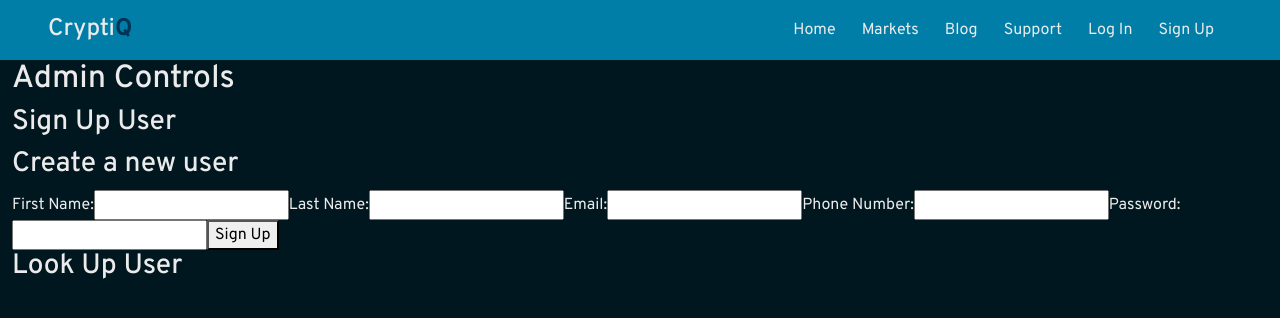
Repository: griffin1995/cryptocurrencyPlatform
Page: / (app in client/)
These files come from the project's save history. The page is drawn as it stood at one moment and after the next save; the edit follows.
The browser window is 1280 px wide. The pictures show the whole page.
The project was rebuilt for these pictures with package versions that can differ from the ones it lists, and the page was loaded fresh each time. Also part of the build but not shown: client/src/components/CoinDetails.js, client/src/components/UserDetails.js, client/src/pages/Blog.scss, client/src/pages/Blog.js, client/src/hooks/useSignUp.js, client/src/pages/SignUpUnstyled.js, client/src/hooks/useLogin.js, client/src/pages/SignUpLogIn.scss and 12 more.

Above is the page before, as saved 2024-04-07 15:18:00.

### client/src/index.scss
@import url("https://fonts.googleapis.com/css2?family=Overpass:ital,wght@0,100..900;1,100..900&display=swap");

html{
  background-color: #00171f;
}

* {
  font-family: "Overpass", sans-serif;
  font-optical-sizing: auto;
  font-weight: normal;
  font-style: normal;
}

code {
  font-family: source-code-pro, Menlo, Monaco, Consolas, "Courier New",
    monospace;
}

hr {
  margin-top: 0.2rem !important;
  margin-bottom: 1rem !important;
  border: none !important;
  height: 4px; /* Adjust height as needed */
  background-color: #00a7e1 !important;
  &.active {
    background-color: #FFFFFF !important; /* Change color to your desired color */
  }
}

.link-unstyled, .link-unstyled:link {
  color: inherit;
  text-decoration: inherit;
  :hover{
    color:#00a7e1;
    transition: all 0.5s ease;
  }
}

/* width */
::-webkit-scrollbar {
  width: 10px;
}

/* Track */
::-webkit-scrollbar-track {
  background: #f1f1f1;
}

/* Handle */
::-webkit-scrollbar-thumb {
  background: #007ea7;
}

/* Handle on hover */
::-webkit-scrollbar-thumb:hover {
  background: #007ea7;
}

### client/src/reactCustom.scss
//Custom React SASS styling sheet for defining colours, importing Bootstrap SASS, styling React-Bootstrap Components
$primary: #003459;
$secondary: #007ea7;
$success: #00a7e1;
$dark: #00171f;
$light: #ebebeb;
$white: #ebebeb;

@import "~bootstrap/scss/bootstrap.scss";

### client/src/context/AuthenticationContext.js
// Import necessary hooks from React
import { createContext, useReducer, useEffect } from "react";

// Create a context for authentication data
export const AuthenticationContext = createContext();

// Reducer function for handling authentication actions
export const authenticationReducer = (state, action) => {
  switch (action.type) {
    case "LOGIN": // Case to handle user login
      return { user: action.payload }; // Set the user data when logged in
    case "LOGOUT": // Case to handle user logout
      return { user: null }; // Clear the user data when logged out
    default: // Default case to handle other actions
      return state; // Return the current state if no action is matched
  }
};

// Component to provide authentication context to child components
export const AuthenticationContextProvider = ({ children }) => {
  // Use the useReducer hook to manage state with the authenticationReducer
  const [state, dispatch] = useReducer(authenticationReducer, { user: null });
  //empty array cus we only check once, when load
  useEffect(() => {
    //stored as json string so we parse in to object
    const user = JSON.parse(localStorage.getItem("user"));

    if (user) {
      dispatch({ type: "LOGIN", payload: user });
    }
  }, []);

  // Log the current state for debugging purposes (consider removing in production)
  console.log("AuthenticationContext state: ", state);

  return (
    <AuthenticationContext.Provider value={{ ...state, dispatch }}>
      {children}
    </AuthenticationContext.Provider>
  );
};

### client/src/components/NavigationBar.js
//Navbar component for the application.
//Provides a top-level navigation element, allowing users to navigate through the app without full page reloads.
import { Row, Container, Navbar, Nav, Button } from "react-bootstrap";
import { Link } from "react-router-dom";
import "./NavigationBar.scss";
import { useAuthenticationContext } from "../hooks/useAuthenticationContext";
import { useLogout } from "../hooks/useLogout";

export default function NavigationBar() {
  const { user } = useAuthenticationContext();
  const { logout } = useLogout();
  const handleClick = () => {
    logout();
  };
  return (
    <Row>
      <Navbar expand="lg" className="navbar-dark bg-secondary">
        <Container fluid className="px-5">
          <Navbar.Brand as={Link} to="/">
            <span className="h4">
              Crypti<span className="text-primary fw-bold">Q</span>
            </span>
          </Navbar.Brand>
          <Navbar.Toggle aria-controls="basic-navbar-nav" />
          <Navbar.Collapse id="basic-navbar-nav">
            <Nav className="justify-content-end flex-grow-1">
              {/* Display the user's email if logged in */}
              {user && (
                <>
                  <Nav.Link disabled className="text-light">
                    {user.email}
                  </Nav.Link>
                  <Nav.Link>
                    Account
                  </Nav.Link>
                  <Nav.Link>
                    Wallets
                  </Nav.Link>
                </>
              )}
              <Nav.Link as={Link} to="/">
                Home
              </Nav.Link>
              <Nav.Link as={Link} to="/Markets">
                Markets
              </Nav.Link>
              <Nav.Link as={Link} to="/Blog">
                Blog
              </Nav.Link>
              <Nav.Link as={Link} to="/Support">
                Support
              </Nav.Link>
              {/* Show sign up and login links only if user is not logged in */}
              {!user && (
                <>
                  <Nav.Link as={Link} to="/login">
                    Log In
                  </Nav.Link>
                  <Nav.Link as={Link} to="/signup" className="sign-up-btn">
                    Sign Up
                  </Nav.Link>
                </>
              )}
              {/* Logout button visible only if user is logged in */}
              {user && (
                <Button type="submit" onClick={handleClick}>
                  Log Out
                </Button>
              )}
            </Nav>
          </Navbar.Collapse>
        </Container>
      </Navbar>
    </Row>
  );
}

### client/src/context/AdminContext.js
import { createContext, useReducer } from "react";

// Create a context for managing admin-related data across the application
export const AdminContext = createContext();

/**
 * Reducer function for managing state transitions in the AdminContext based on dispatched actions.
 *
 * This reducer handles actions related to user management, such as setting all users or creating a new user.
 *
 * @param {Object} state The current state of the context.
 * @param {Object} action The action to be handled, containing a type and optional payload.
 * @returns {Object} The new state of the context after applying the action.
 */
export const usersReducer = (state, action) => {
  switch (action.type) {
    case "SET_USERS":
      // Sets the users array to the payload provided with the action
      return { users: action.payload };

    case "CREATE_USER":
      // Adds a new user to the beginning of the users array
      return { users: [action.payload, ...state.users] };
    case "DELETE_USER":
      return { users: state.users.filter((w) => w._id !== action.payload._id) };
    default:
      // Returns the current state unchanged if action type is unrecognized
      return state;
  }
};

/**
 * Component that provides the AdminContext to its child components.
 *
 * This component sets up the AdminContext with an initial state and provides a dispatch function
 * for updating the state according to actions defined in the usersReducer. It ensures that any component
 * within its child tree can access and modify the state of the AdminContext.
 *
 * @param {Object} props The props object, expecting a 'children' prop that contains the child components.
 * @returns {JSX.Element} A Provider component that supplies the AdminContext to its children.
 */
export const AdminContextProvider = ({ children }) => {
  // Initialize the state of the context using the useReducer hook with the usersReducer function
  const [state, dispatch] = useReducer(usersReducer, { users: null });

  // The context value includes the current state and the dispatch function for updating the state
  return (
    <AdminContext.Provider value={{ ...state, dispatch }}>
      {children}
    </AdminContext.Provider>
  );
};

### client/src/components/AdminControls.js
// Import React and its hooks to build the component functionality.
import React, { useEffect } from "react";
// Import components related to user actions within the admin panel.
import SignUpUser from "./SignUpUser";
import UserDetails from "./UserDetails";
import { useAdminContext } from "../hooks/useAdminContext";
import { useAuthenticationContext } from "../hooks/useAuthenticationContext";
/**
 * AdminControls component for managing user-related administrative functions.
 * This component handles user registration and displays a list of users.
 */
const AdminControls = () => {
  const { users, dispatch } = useAdminContext();
  const { user } = useAuthenticationContext();
  useEffect(() => {
    /**
     * Fetches and updates the state with user data from the server.
     * It asynchronously retrieves user data from the `/api/adminRoutes` endpoint and updates the `users` state.
     */
    const fetchUsers = async () => {
      const response = await fetch("/api/adminRoutes", {
        headers: { Authorization: `Bearer ${user.token}` },
      });
      const json = await response.json();
      if (response.ok) {
        //executes the usersReducer function
        dispatch({ type: "SET_USERS", payload: json });
      }
    };
    if (user) {
      fetchUsers(); // Execute the fetch operation when the component mounts.
    }
  }, [dispatch, user]);

  return (
    <div className="admin-controls">
      <h2>Admin Controls</h2>
      <h3>Sign Up User</h3>
      <SignUpUser /> {/* Component for registering new users. */}
      <h3>Look Up User</h3>
      <div className="allUsers">
        {/* Render UserDetails components for each user if the `users` state is not null. */}
        {users &&
          users.map((user) => <UserDetails key={user._id} user={user} />)}
      </div>
    </div>
  );
};

export default AdminControls; // Make AdminControls available for import in other components.

### client/src/components/NavigationBar.scss
.navbar {
  padding: 10px 0;
}

.navbar-brand img {
  height: auto;
  max-height: 40px;
}

.nav-link {
  margin-right: 10px;
  color: #ebebeb;
}

### client/src/hooks/useAuthenticationContext.js
// Import useContext hook from React for consuming context in functional components
import { useContext } from "react";
// Import AuthenticationContext to access the admin-related context for the application
import { AuthenticationContext } from "../context/AuthenticationContext";
/**
 * Custom hook to access the AuthenticationContext within the component tree.
 *
 * This hook abstracts the useContext hook for AuthenticationContext, providing a convenient way
 * to access admin-related data (state and dispatch function) throughout the application.
 * It ensures the component using this hook is wrapped in an AuthenticationContextProvider by checking
 * the existence of the context and throwing an error if it's not available, promoting proper usage.
 *
 * @returns {Object} The current context value for AuthenticationContext, which includes the state and dispatch function.
 * @throws {Error} Throws an error if the hook is used outside of an AuthenticationContextProvider.
 */
export const useAuthenticationContext = () => {
  // Use the useContext hook to access the current context value for AuthenticationContext
  const context = useContext(AuthenticationContext);

  // Check if the context is undefined, indicating misuse outside of an AuthenticationContextProvider
  if (!context) {
    throw Error("useAuthenticationContext must be used within an AuthenticationContextProvider. Ensure your component is wrapped in an <AuthenticationContextProvider> to provide the necessary context.");
  }

  // Return the context value, making it accessible to the component
  return context;
};

### client/src/hooks/useLogout.js
// Import the useAuthenticationContext hook for accessing authentication state management.
import { useAuthenticationContext } from "./useAuthenticationContext";

/**
 * Custom hook for handling user logout.
 * Provides a logout function that can be used by components to log users out.
 * @returns {object} Object containing the logout function.
 */
export const useLogout = () => {
  // Extract dispatch from the authentication context.
  const { dispatch } = useAuthenticationContext();

  /**
   * Logs out the user by clearing session data and updating state.
   */
  const logout = () => {
    // Remove user data from local storage to clear the current session.
    localStorage.removeItem("user");

    // Dispatch the 'LOGOUT' action to update the global authentication state.
    dispatch({ type: "LOGOUT" });
  };

  // Return the logout function for use in components.
  return { logout };
};

### client/src/components/SignUpUser.js
// Import the useState hook from React to manage the state within our component.
// This will allow us to keep track of user inputs and feedback messages.
import { useState } from "react";
// Import our custom hook, useAdminContext, to interact with our global admin state.
// This lets us dispatch actions (like adding a new user) that can affect the whole app.
import { useAdminContext } from "../hooks/useAdminContext";
import { useAuthenticationContext } from "../hooks/useAuthenticationContext";
/**
 * SignUpUser is a component that renders a form for user registration.
 * It captures user details through form inputs, validates and submits this data to a server,
 * and handles the response to either show a success message or an error message.
 */
const SignUpUser = () => {
  // Access the 'dispatch' function from our admin context using the custom hook.
  // This function allows us to send actions to our global state to update it,
  // such as adding a new user to our list of users.
  const { dispatch } = useAdminContext();
  const { userAuth } = useAuthenticationContext();

  // useState hooks for managing form inputs and submission feedback.
  // Each call to useState returns a pair: the current state value and a function that lets you update it.
  // Here, we initialize our form fields to empty strings or false (for paymentDetails),
  // and our feedback messages (error, success) to null because they have no value initially.
  const [firstName, setFirstName] = useState("");
  const [lastName, setLastName] = useState("");
  const [email, setEmail] = useState("");
  const [phoneNumber, setPhoneNumber] = useState("");
  const [password, setPassword] = useState("");
  const [paymentDetails, setPaymentDetails] = useState(false);
  const [error, setError] = useState(null);
  const [success, setSuccess] = useState(null);
  const [emptyFields, setEmptyFields] = useState([]);

  /**
   * handleSubmit is an asynchronous function that gets called when the user submits the form.
   * It first prevents the default form submission behavior (page reload), then
   * constructs a user object from the state variables and attempts to send this object
   * to a server endpoint via a POST request.
   *
   * If the request fails (the server responds with an error), it catches the error and updates
   * the component's state to display the error message. If the request succeeds, it clears any
   * existing error messages, updates the state to display a success message, and resets the form fields.
   *
   * @param {Event} e - The event object from the form submission event.
   */
  const handleSubmit = async (e) => {
    e.preventDefault(); // Stops the form from submitting in the traditional way (no page reload).
    if (!userAuth) {
      setError(
        "You must be logged in with admin privileges to create a new user."
      );
      return;
    }
    // Constructs a user object from the current state.
    const user = {
      firstName,
      lastName,
      email,
      phoneNumber,
      password,
      paymentDetails,
    };

    try {
      // Try to send the user data to the server using the fetch API.
      const response = await fetch("/api/adminRoutes", {
        method: "POST", // Specifies the request method.
        headers: {
          "Content-Type": "application/json",
          Authorization: `Bearer ${user.token}`,
        }, // Tells the server we're sending JSON.
        body: JSON.stringify(user), // Turns the user object into a JSON string to send in the request body.
      });

      const json = await response.json(); // Parses the JSON response body from the server.

      // Checks if the response was not OK (i.e., server responded with an error status).
      if (!response.ok) {
        throw new Error(json.error); // Throws an error with the message from the server.
        setEmptyFields(json.emptyFields);
      }

      // If the server responded OK, update the success message and clear any error messages.
      setSuccess(
        `Success! ${firstName} ${lastName} has been signed up with the email: ${email}.`
      );
      setError(null);

      resetFormFields(); // Resets the form fields to their initial state.

      // Dispatches an action to our global state to add the new user to our list of users.
      dispatch({ type: "CREATE_USER", payload: json });
    } catch (error) {
      // If an error occurred during the fetch, update the error message and clear any success message.
      setError(error.message);
      setSuccess(null);
    }
  };

  /**
   * Resets all form fields to their initial values.
   * This is called after successfully submitting the form to clear the form inputs.
   */
  const resetFormFields = () => {
    setFirstName("");
    setLastName("");
    setEmail("");
    setPhoneNumber("");
    setPassword("");
    setPaymentDetails(false);
    setEmptyFields([]);
  };

  // Render the sign-up form.
  // This includes input fields for all user details, a submit button, and areas to display error or success messages.
  return (
    // TODO: Implement CSS for className "error" > if x field is empty then className = error > red border etc
    <form className="signUp" onSubmit={handleSubmit}>
      <h3>Create a new user</h3>
      {/* Input fields for collecting user information, with onChange handlers to update state. */}
      <label>First Name:</label>
      <input
        type="text"
        onChange={(e) => setFirstName(e.target.value)}
        value={firstName}
        className={emptyFields.includes("firstName") ? "error" : ""}
      />
      <label>Last Name:</label>
      <input
        type="text"
        onChange={(e) => setLastName(e.target.value)}
        value={lastName}
        className={emptyFields.includes("lastName") ? "error" : ""}
      />
      <label>Email:</label>
      <input
        type="email"
        onChange={(e) => setEmail(e.target.value)}
        value={email}
        className={emptyFields.includes("email") ? "error" : ""}
      />
      <label>Phone Number:</label>
      <input
        type="text"
        onChange={(e) => setPhoneNumber(e.target.value)}
        value={phoneNumber}
        className={emptyFields.includes("phoneNumber") ? "error" : ""}
      />
      <label>Password:</label>
      <input
        type="password"
        onChange={(e) => setPassword(e.target.value)}
        value={password}
        className={emptyFields.includes("password") ? "error" : ""}
      />
      <button>Sign Up</button> {/* Button to trigger form submission. */}
      {/* Display error or success messages based on the state. */}
      {error && <div className="error">{error}</div>}
      {success && <div className="success">{success}</div>}
    </form>
  );
};

// Make the SignUpUser component available for import and use in other parts of the application.
export default SignUpUser;

### client/src/hooks/useAdminContext.js
// Import useContext hook from React for consuming context in functional components
import { useContext } from "react";
// Import AdminContext to access the admin-related context for the application
import { AdminContext } from "../context/AdminContext";

/**
 * Custom hook to access the AdminContext within the component tree.
 *
 * This hook abstracts the useContext hook for AdminContext, providing a convenient way
 * to access admin-related data (state and dispatch function) throughout the application.
 * It ensures the component using this hook is wrapped in an AdminContextProvider by checking
 * the existence of the context and throwing an error if it's not available, promoting proper usage.
 *
 * @returns {Object} The current context value for AdminContext, which includes the state and dispatch function.
 * @throws {Error} Throws an error if the hook is used outside of an AdminContextProvider.
 */
export const useAdminContext = () => {
  // Use the useContext hook to access the current context value for AdminContext
  const context = useContext(AdminContext);

  // Check if the context is undefined, indicating misuse outside of an AdminContextProvider
  if (!context) {
    throw Error("useAdminContext must be used within an AdminContextProvider. Ensure your component is wrapped in an <AdminContextProvider> to provide the necessary context.");
  }

  // Return the context value, making it accessible to the component
  return context;
};

Loaded but not shown: client/public/index.html (common file); client/src/index.js (common file); client/src/App.js (common file); client/src/pages/Home.js (common file)

After the next save:
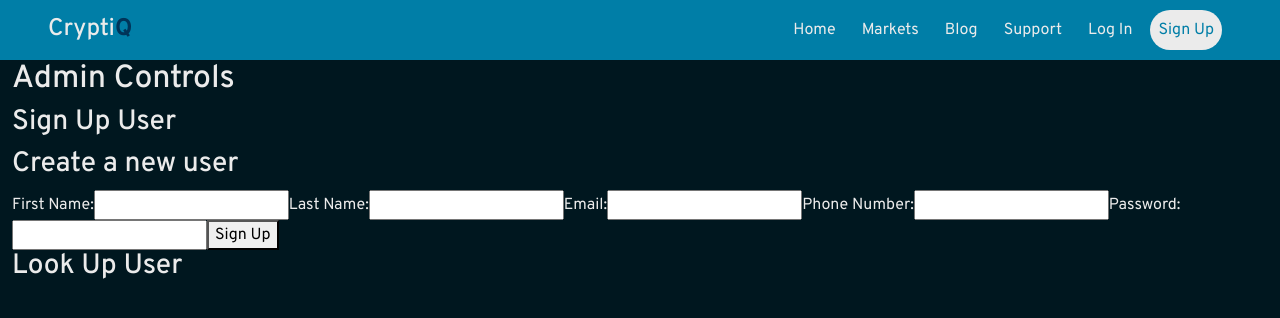
Saved 4 s later.
--- a/client/src/components/NavigationBar.scss
+++ b/client/src/components/NavigationBar.scss
@@ -11,3 +11,9 @@
   margin-right: 10px;
   color: #ebebeb;
 }
+
+.sign-up-btn {
+  background-color: #ebebeb;
+  border-radius: 25px;
+  color: #007EA7;
+}
